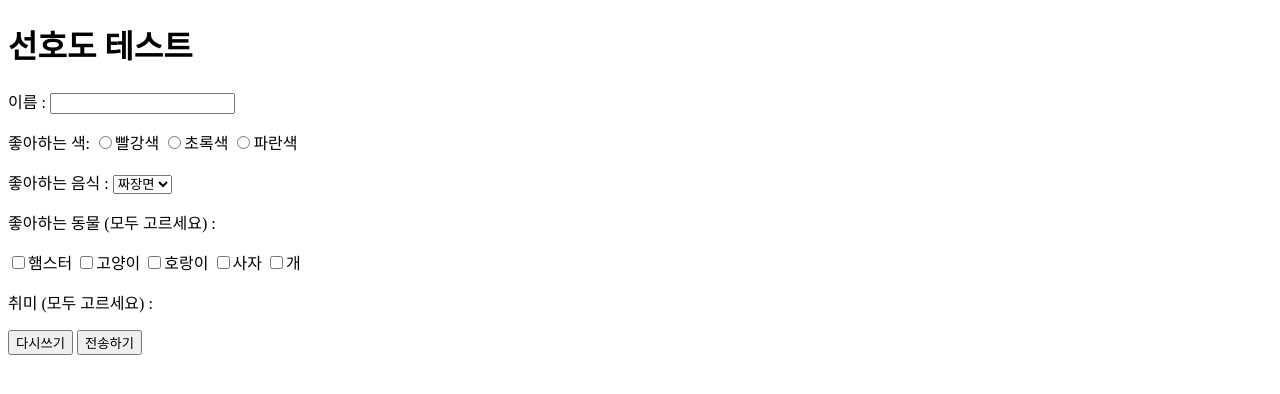
Repository: ddochiisrich/Ddochi-Web
Page: http://localhost/JSPStudyCh05Exam/ch0501ExamForm.jsp
These files come from the project's save history. The page is drawn as it stood at one moment and after the next save; the edit follows.
The browser window is 1280 px wide. The pictures show the whole page.
The page is served by Tomcat 9.

Above is the page before, as saved 2024-04-05 04:35:05.

After the next save:
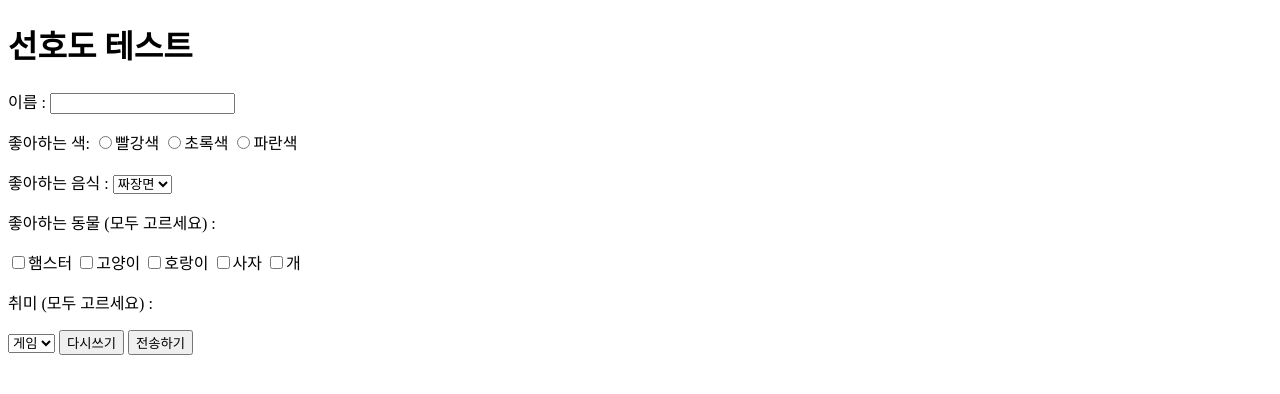
Saved 86 s later.
--- a/JSPStudyCh05Exam/src/main/webapp/ch0501ExamForm.jsp
+++ b/JSPStudyCh05Exam/src/main/webapp/ch0501ExamForm.jsp
@@ -26,6 +26,12 @@
 		<input type="checkbox" name="dog">개
 
 	<p>취미 (모두 고르세요) : </p>
+			<select>
+				<option value="game">게임</option>
+				<option value="travel">여행</option>
+				<option value="read">독서</option>
+				<option value="fishing">낚시</option>
+			</select>
 
 	<input type="reset" value="다시쓰기"> <input type="submit" value="전송하기">
 </body>
